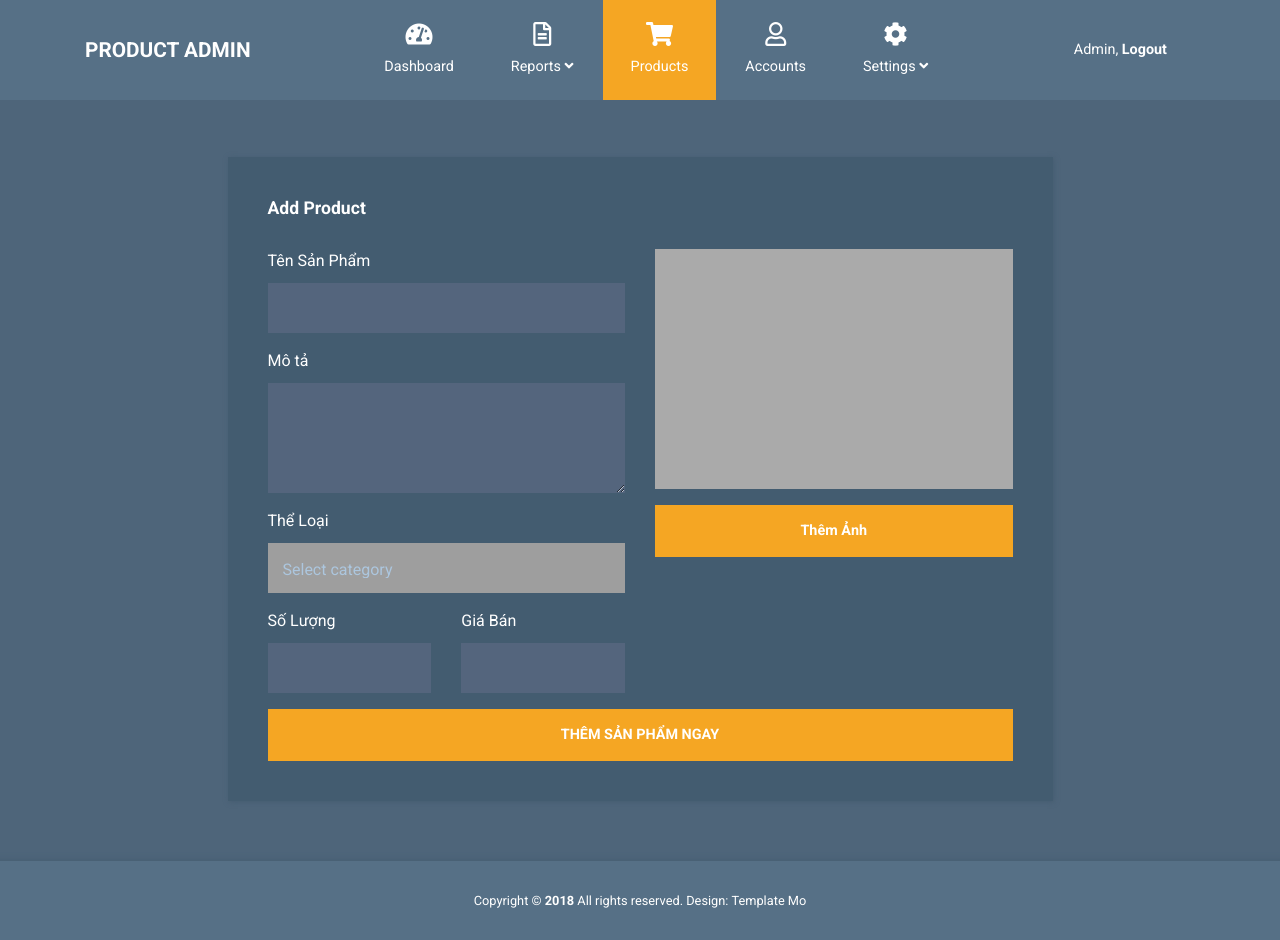
Repository: TruongNguyen0512/Bookhabor-ecommere-web
Page: http://localhost/bookHabor/add-product.jsp
The author's editor kept a copy of each file at every save. The page is drawn from the files as they stood at one save, then again after the next save.
The browser window is 1280 px wide. The pictures show the whole page.
Pictures or frames that could not be fetched are drawn as grey boxes. The page is served by Tomcat 9. Nobody is signed in. The application's start-up code is not run.

Above is the page before, as saved 2023-12-08 10:30:52.

After the next save:
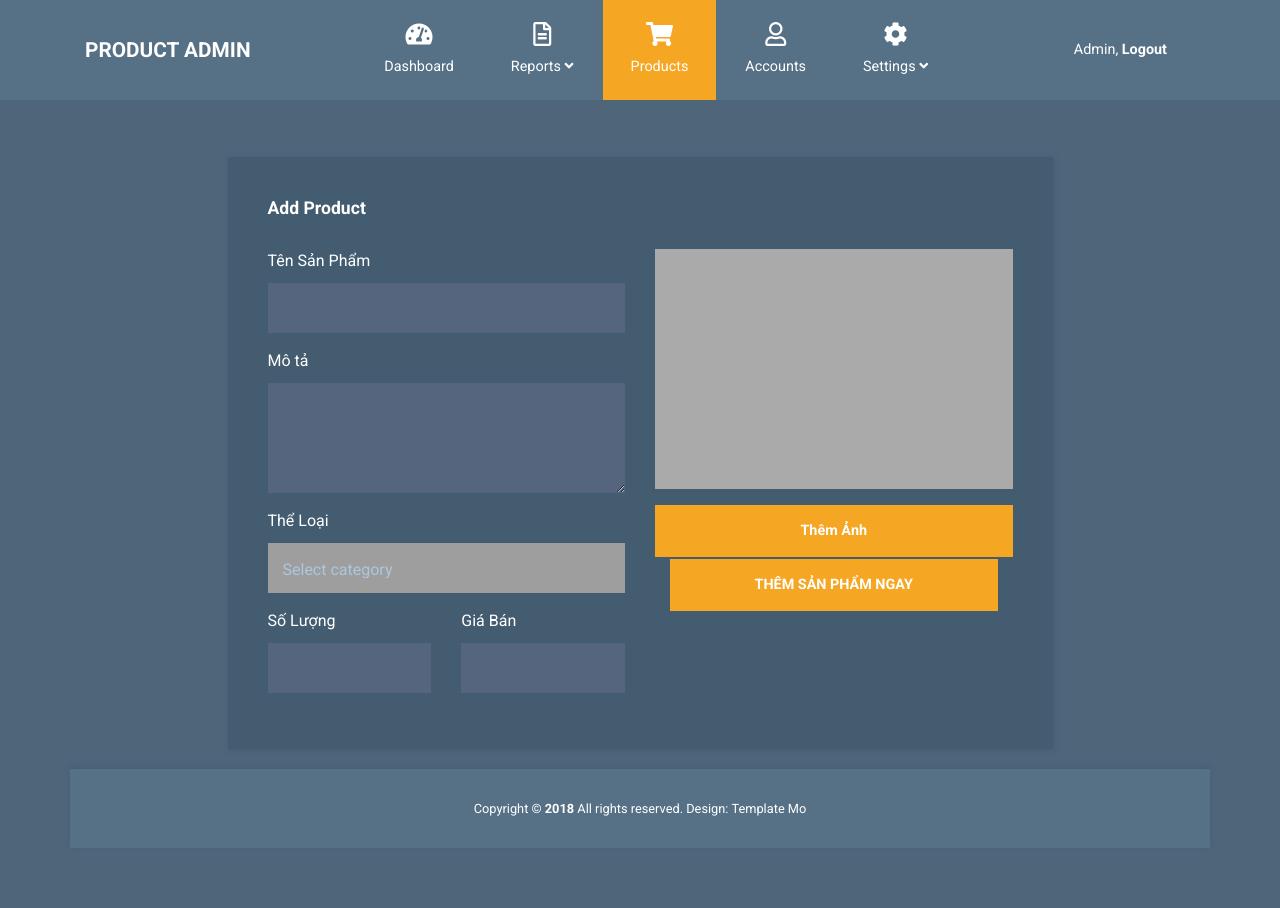
Saved 6 h 49 min later.
--- a/bookHabor/src/main/webapp/add-product.jsp
+++ b/bookHabor/src/main/webapp/add-product.jsp
@@ -98,15 +98,18 @@
 							<form action="" class="tm-edit-product-form" method="POST">
 								<div class="form-group mb-3">
 									<label for="name">Tên Sản Phẩm </label> <input id="tenSanPham"
-										name="tenSanPham" type="text" class="form-control validate" required />
+										name="tenSanPham" type="text" class="form-control validate"
+										required />
 								</div>
 								<div class="form-group mb-3">
 									<label for="description">Mô tả</label>
-									<textarea class="form-control validate" rows="3" name="moTa" required></textarea>
+									<textarea class="form-control validate" rows="3" name="moTa"
+										required></textarea>
 								</div>
 								<div class="form-group mb-3">
 									<label for="category">Thể Loại</label> <select
-										class="custom-select tm-select-accounts" id="category" name="category">
+										class="custom-select tm-select-accounts" id="category"
+										name="category">
 										<option selected>Select category</option>
 										<option value="khoaHoc">Khoa Học</option>
 										<option value="vanHoc">Văn Học</option>
@@ -115,9 +118,9 @@
 								</div>
 								<div class="row">
 									<div class="form-group mb-3 col-xs-12 col-sm-6">
-										<label for="expire_date">Số Lượng</label> <input
-											id="" name="soLuong" type="text"
-											class="form-control validate" data-large-mode="true" />
+										<label for="expire_date">Số Lượng</label> <input id=""
+											name="soLuong" type="text" class="form-control validate"
+											data-large-mode="true" />
 									</div>
 									<div class="form-group mb-3 col-xs-12 col-sm-6">
 										<label for="stock">Giá Bán</label> <input id="stock"
@@ -128,67 +131,77 @@
 						</div>
 						<div class="col-xl-6 col-lg-6 col-md-12 mx-auto mb-4">
 							<div class="tm-product-img-dummy mx-auto">
-								 <img
-									id="uploadedImage" src="" alt="Uploaded Image"
+								<img id="uploadedImage1" src="" alt="Uploaded Image 1"
+									style="display: none; max-width: 100%; height: auto;"> <img
+									id="uploadedImage2" src="" alt="Uploaded Image 2"
+									style="display: none; max-width: 100%; height: auto;"> <img
+									id="uploadedImage3" src="" alt="Uploaded Image 3"
 									style="display: none; max-width: 100%; height: auto;">
 							</div>
 							<div class="custom-file mt-3 mb-3">
-								<input id="fileInput" name="fileInput" type="file" style="display: none;"
-									onchange="previewImage(event)" /> <input type="button"
-									class="btn btn-primary btn-block mx-auto"
-									value="Thêm Ảnh"
-									onclick="document.getElementById('fileInput').click();" />
+								<input id="fileInput1" name="fileInput1" type="file"
+									style="display: none;" onchange="previewImage(event, 1)">
+								<input id="fileInput2" name="fileInput2" type="file"
+									style="display: none;" onchange="previewImage(event, 2)">
+								<input id="fileInput3" name="fileInput3" type="file"
+									style="display: none;" onchange="previewImage(event, 3)">
+								<input type="button" class="btn btn-primary btn-block mx-auto"
+									value="Thêm Ảnh" onclick="openFileInput()">
 							</div>
+
+							<div class="col-12">
+								<button type="submit"
+									class="btn btn-primary btn-block text-uppercase"
+									value="themSanPham">Thêm Sản Phẩm Ngay</button>
+							</div>
+							</form>
 						</div>
-
-						<div class="col-12">
-							<button type="submit"
-								class="btn btn-primary btn-block text-uppercase" value="themSanPham">Thêm Sản Phẩm
-								Ngay</button>
-						</div>
-						</form>
 					</div>
 				</div>
 			</div>
 		</div>
-	</div>
-	<footer class="tm-footer row tm-mt-small">
-		<div class="col-12 font-weight-light">
-			<p class="text-center text-white mb-0 px-4 small">
-				Copyright &copy; <b>2018</b> All rights reserved. Design: <a
-					rel="nofollow noopener" href="https://templatemo.com"
-					class="tm-footer-link">Template Mo</a>
-			</p>
-		</div>
-	</footer>
-
-	<script src="js/jquery-3.3.1.min.js"></script>
-	<!-- https://jquery.com/download/ -->
-	<script src="jquery-ui-datepicker/jquery-ui.min.js"></script>
-	<!-- https://jqueryui.com/download/ -->
-	<script src="js/bootstrap.min.js"></script>
-	<!-- https://getbootstrap.com/ -->
-	<script>
-		$(function() {
-			$("#expire_date").datepicker();
-		});
-	</script>
-
-	<script>
-  function previewImage(event) {
-    const input = event.target;
-    if (input.files && input.files[0]) {
-      const reader = new FileReader();
-
-      reader.onload = function(e) {
-        const image = document.getElementById('uploadedImage');
-        image.src = e.target.result;
-        image.style.display = 'block';
-      };
-
-      reader.readAsDataURL(input.files[0]);
+		<footer class="tm-footer row tm-mt-small">
+			<div class="col-12 font-weight-light">
+				<p class="text-center text-white mb-0 px-4 small">
+					Copyright &copy; <b>2018</b> All rights reserved. Design: <a
+						rel="nofollow noopener" href="https://templatemo.com"
+						class="tm-footer-link">Template Mo</a>
+				</p>
+			</div>
+		</footer>
+
+		<script src="js/jquery-3.3.1.min.js"></script>
+		<!-- https://jquery.com/download/ -->
+		<script src="jquery-ui-datepicker/jquery-ui.min.js"></script>
+		<!-- https://jqueryui.com/download/ -->
+		<script src="js/bootstrap.min.js"></script>
+		<!-- https://getbootstrap.com/ -->
+		<script>
+			$(function() {
+				$("#expire_date").datepicker();
+			});
+		</script>
+
+		<script>
+    function openFileInput() {
+        document.getElementById('fileInput1').click();
     }
-  }
+
+    function previewImage(event, imageNumber) {
+        const input = event.target;
+        if (input.files && input.files[0]) {
+            const reader = new FileReader();
+
+            reader.onload = function(e) {
+                const imageId = 'uploadedImage' + imageNumber;
+                const image = document.getElementById(imageId);
+                image.src = e.target.result;
+                image.style.display = 'block';
+            };
+
+            reader.readAsDataURL(input.files[0]);
+        }
+    }
 </script>
 </body>
 </html>

After the 3 saves that followed:
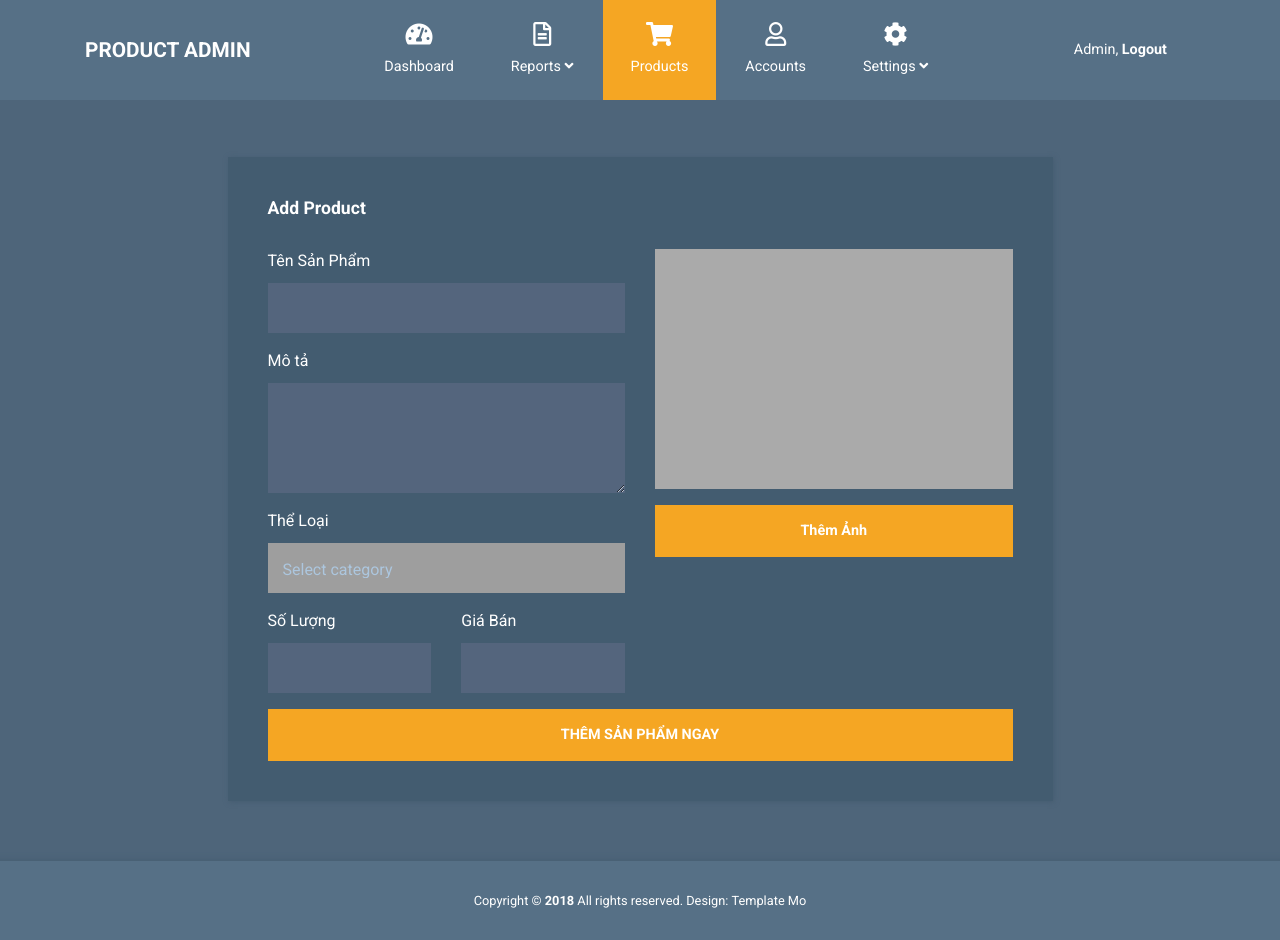
The 3 saves are shown as one change because 2 left the picture as it was.
The last was saved 5 min 3 s later.
--- a/bookHabor/src/main/webapp/add-product.jsp
+++ b/bookHabor/src/main/webapp/add-product.jsp
@@ -98,18 +98,15 @@
 							<form action="" class="tm-edit-product-form" method="POST">
 								<div class="form-group mb-3">
 									<label for="name">Tên Sản Phẩm </label> <input id="tenSanPham"
-										name="tenSanPham" type="text" class="form-control validate"
-										required />
+										name="tenSanPham" type="text" class="form-control validate" required />
 								</div>
 								<div class="form-group mb-3">
 									<label for="description">Mô tả</label>
-									<textarea class="form-control validate" rows="3" name="moTa"
-										required></textarea>
+									<textarea class="form-control validate" rows="3" name="moTa" required></textarea>
 								</div>
 								<div class="form-group mb-3">
 									<label for="category">Thể Loại</label> <select
-										class="custom-select tm-select-accounts" id="category"
-										name="category">
+										class="custom-select tm-select-accounts" id="category" name="category">
 										<option selected>Select category</option>
 										<option value="khoaHoc">Khoa Học</option>
 										<option value="vanHoc">Văn Học</option>
@@ -118,9 +115,9 @@
 								</div>
 								<div class="row">
 									<div class="form-group mb-3 col-xs-12 col-sm-6">
-										<label for="expire_date">Số Lượng</label> <input id=""
-											name="soLuong" type="text" class="form-control validate"
-											data-large-mode="true" />
+										<label for="expire_date">Số Lượng</label> <input
+											id="" name="soLuong" type="text"
+											class="form-control validate" data-large-mode="true" />
 									</div>
 									<div class="form-group mb-3 col-xs-12 col-sm-6">
 										<label for="stock">Giá Bán</label> <input id="stock"
@@ -131,77 +128,67 @@
 						</div>
 						<div class="col-xl-6 col-lg-6 col-md-12 mx-auto mb-4">
 							<div class="tm-product-img-dummy mx-auto">
-								<img id="uploadedImage1" src="" alt="Uploaded Image 1"
-									style="display: none; max-width: 100%; height: auto;"> <img
-									id="uploadedImage2" src="" alt="Uploaded Image 2"
-									style="display: none; max-width: 100%; height: auto;"> <img
-									id="uploadedImage3" src="" alt="Uploaded Image 3"
+								 <img
+									id="uploadedImage" src="" alt="Uploaded Image"
 									style="display: none; max-width: 100%; height: auto;">
 							</div>
 							<div class="custom-file mt-3 mb-3">
-								<input id="fileInput1" name="fileInput1" type="file"
-									style="display: none;" onchange="previewImage(event, 1)">
-								<input id="fileInput2" name="fileInput2" type="file"
-									style="display: none;" onchange="previewImage(event, 2)">
-								<input id="fileInput3" name="fileInput3" type="file"
-									style="display: none;" onchange="previewImage(event, 3)">
-								<input type="button" class="btn btn-primary btn-block mx-auto"
-									value="Thêm Ảnh" onclick="openFileInput()">
+								<input id="fileInput" name="fileInput" type="file" style="display: none;"
+									onchange="previewImage(event)" /> <input type="button"
+									class="btn btn-primary btn-block mx-auto"
+									value="Thêm Ảnh"
+									onclick="document.getElementById('fileInput').click();" />
 							</div>
+						</div>
 
-							<div class="col-12">
-								<button type="submit"
-									class="btn btn-primary btn-block text-uppercase"
-									value="themSanPham">Thêm Sản Phẩm Ngay</button>
-							</div>
-							</form>
+						<div class="col-12">
+							<button type="submit"
+								class="btn btn-primary btn-block text-uppercase" value="themSanPham">Thêm Sản Phẩm
+								Ngay</button>
 						</div>
+						</form>
 					</div>
 				</div>
 			</div>
 		</div>
-		<footer class="tm-footer row tm-mt-small">
-			<div class="col-12 font-weight-light">
-				<p class="text-center text-white mb-0 px-4 small">
-					Copyright &copy; <b>2018</b> All rights reserved. Design: <a
-						rel="nofollow noopener" href="https://templatemo.com"
-						class="tm-footer-link">Template Mo</a>
-				</p>
-			</div>
-		</footer>
+	</div>
+	<footer class="tm-footer row tm-mt-small">
+		<div class="col-12 font-weight-light">
+			<p class="text-center text-white mb-0 px-4 small">
+				Copyright &copy; <b>2018</b> All rights reserved. Design: <a
+					rel="nofollow noopener" href="https://templatemo.com"
+					class="tm-footer-link">Template Mo</a>
+			</p>
+		</div>
+	</footer>
 
-		<script src="js/jquery-3.3.1.min.js"></script>
-		<!-- https://jquery.com/download/ -->
-		<script src="jquery-ui-datepicker/jquery-ui.min.js"></script>
-		<!-- https://jqueryui.com/download/ -->
-		<script src="js/bootstrap.min.js"></script>
-		<!-- https://getbootstrap.com/ -->
-		<script>
-			$(function() {
-				$("#expire_date").datepicker();
-			});
-		</script>
+	<script src="js/jquery-3.3.1.min.js"></script>
+	<!-- https://jquery.com/download/ -->
+	<script src="jquery-ui-datepicker/jquery-ui.min.js"></script>
+	<!-- https://jqueryui.com/download/ -->
+	<script src="js/bootstrap.min.js"></script>
+	<!-- https://getbootstrap.com/ -->
+	<script>
+		$(function() {
+			$("#expire_date").datepicker();
+		});
+	</script>
 
-		<script>
-    function openFileInput() {
-        document.getElementById('fileInput1').click();
+	<script>
+  function previewImage(event) {
+    const input = event.target;
+    if (input.files && input.files[0]) {
+      const reader = new FileReader();
+
+      reader.onload = function(e) {
+        const image = document.getElementById('uploadedImage');
+        image.src = e.target.result;
+        image.style.display = 'block';
+      };
+
+      reader.readAsDataURL(input.files[0]);
     }
-
-    function previewImage(event, imageNumber) {
-        const input = event.target;
-        if (input.files && input.files[0]) {
-            const reader = new FileReader();
-
-            reader.onload = function(e) {
-                const imageId = 'uploadedImage' + imageNumber;
-                const image = document.getElementById(imageId);
-                image.src = e.target.result;
-                image.style.display = 'block';
-            };
-
-            reader.readAsDataURL(input.files[0]);
-        }
-    }
+  }
 </script>
 </body>
 </html>
